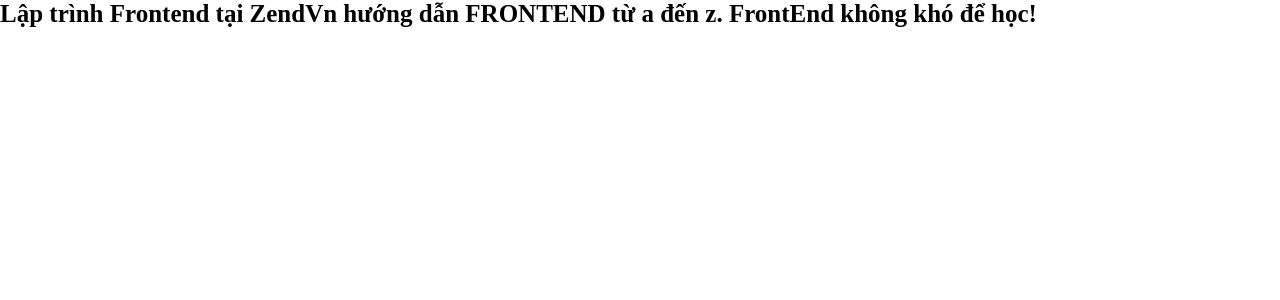
Repository: dinhconglam2306/frontend_tu_xa
Page: B07/Exercise-highlight/01-me/index.html
These files come from the project's save history. The page is drawn as it stood at one moment and after the next save; the edit follows.
The browser window is 1280 px wide. The pictures show the whole page.

Above is the page before, as saved 2021-04-14 22:34:57.

After the next save:
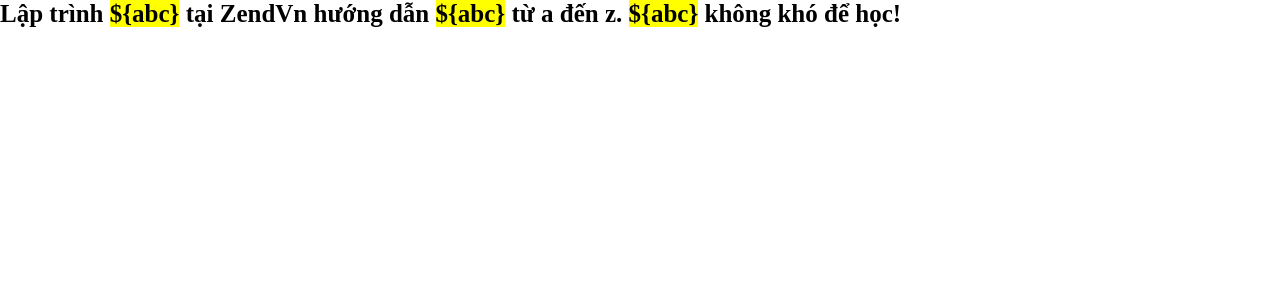
Saved 13 s later.
--- a/B07/Exercise-highlight/01-me/js/main.js
+++ b/B07/Exercise-highlight/01-me/js/main.js
@@ -19,3 +19,4 @@
 text = text.replace(new RegExp(string, "img"), (abc) => {
   return "<span class='highlight'>${abc}</span>";
 });
+document.getElementById("box").innerHTML = text;
